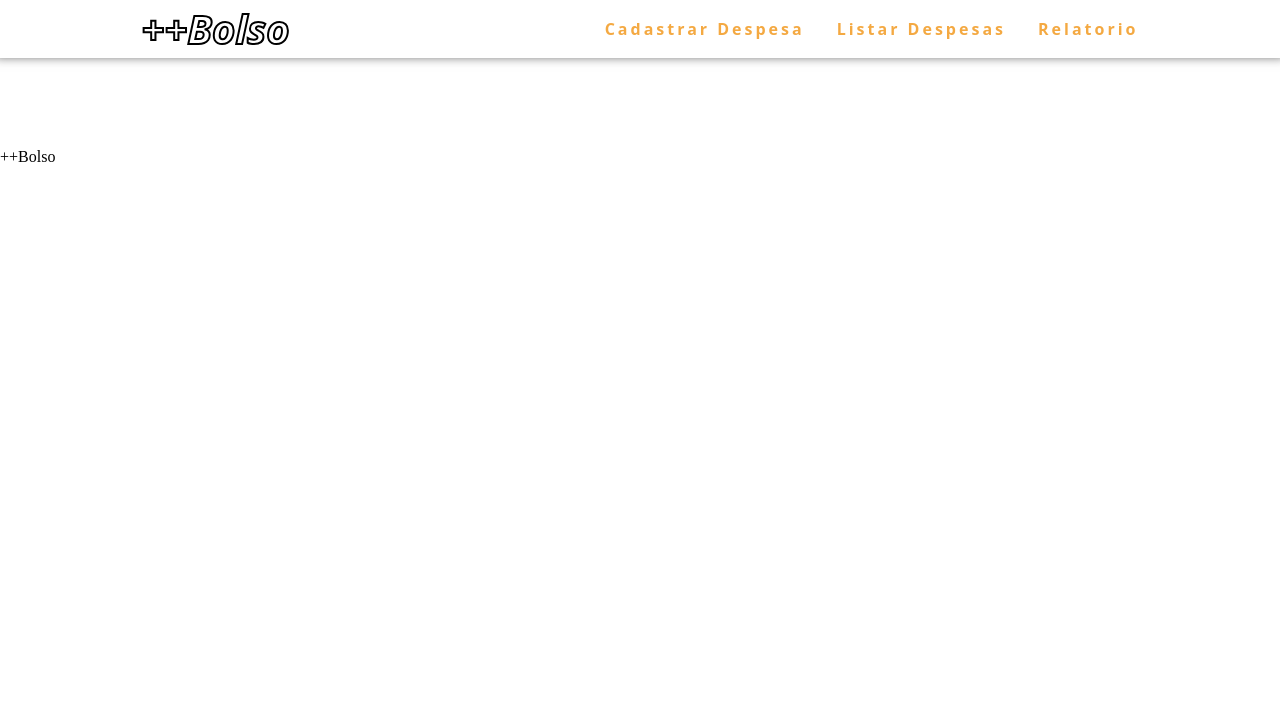
Repository: alexsanderkafka/java-servlets
Page: http://localhost/SaveMoney/listarDespesas.jsp
These files come from the project's save history. The page is drawn as it stood at one moment and after the next save; the edit follows.
The browser window is 1280 px wide. The pictures show the whole page.
The page is served by Tomcat 9. Nobody is signed in. The application's start-up code is not run.

Above is the page before, as saved 2024-10-07 17:49:18.

After the next save:
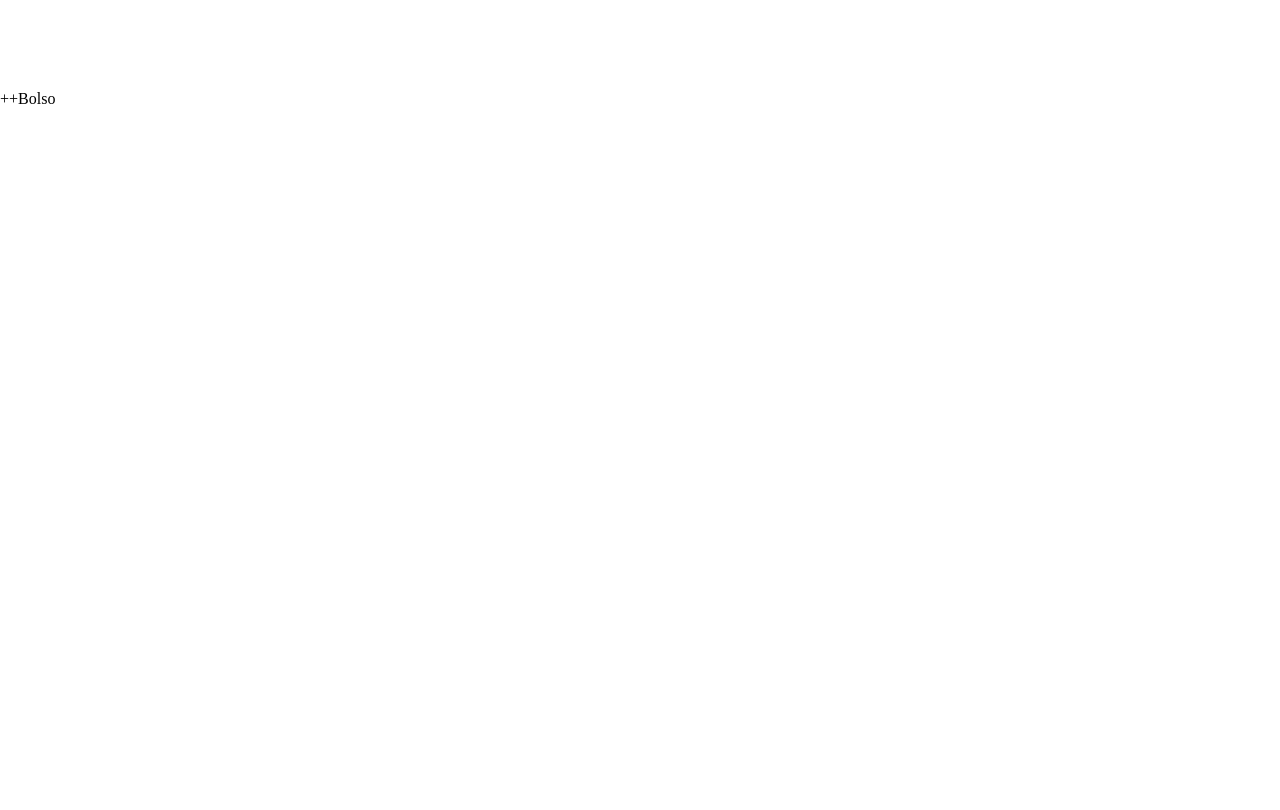
Saved 33 s later.
--- a/SaveMoney/src/main/webapp/listarDespesas.jsp
+++ b/SaveMoney/src/main/webapp/listarDespesas.jsp
@@ -8,19 +8,6 @@
 	<link rel="stylesheet" href="styles/style.css">
 </head>
 <body>
-	<header>
-        <nav>
-          <div class="logo">
-          	<h1>++Bolso</h1>
-          </div>
-          <ul class="nav-list">
-            <li><a href="###">Cadastrar Despesa</a></li>
-            <li><a href="###">Listar Despesas</a></li>
-            <li><a href="###">Relatorio</a></li>
-          </ul>
-        </nav>
-    </header>
-
     <div id="teste">
         <h1>++Bolso</h1>
     </div>

After the save that followed:
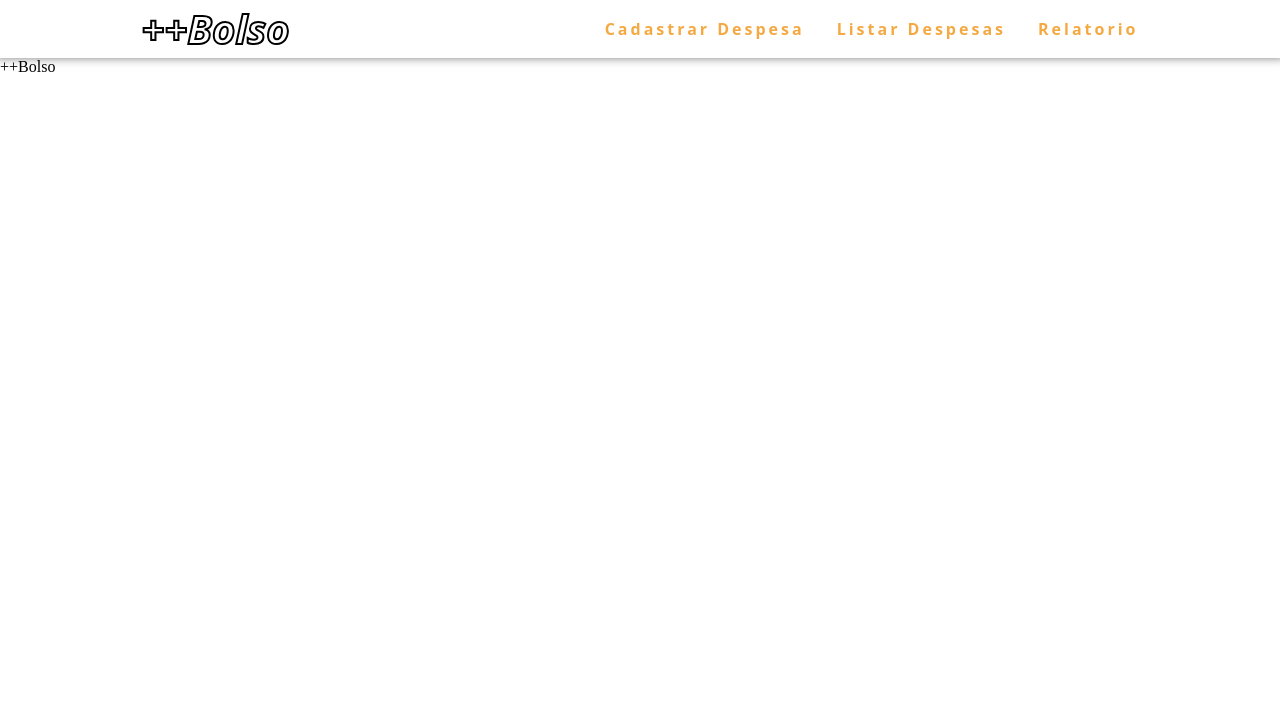
Saved 10 s later.
--- a/SaveMoney/src/main/webapp/listarDespesas.jsp
+++ b/SaveMoney/src/main/webapp/listarDespesas.jsp
@@ -8,7 +8,20 @@
 	<link rel="stylesheet" href="styles/style.css">
 </head>
 <body>
-    <div id="teste">
+	<header>
+        <nav>
+          <div class="logo">
+          	<h1>++Bolso</h1>
+          </div>
+          <ul class="nav-list">
+            <li><a href="###">Cadastrar Despesa</a></li>
+            <li><a href="###">Listar Despesas</a></li>
+            <li><a href="###">Relatorio</a></li>
+          </ul>
+        </nav>
+    </header>
+
+    <div class="container-list">
         <h1>++Bolso</h1>
     </div>
 </body>
